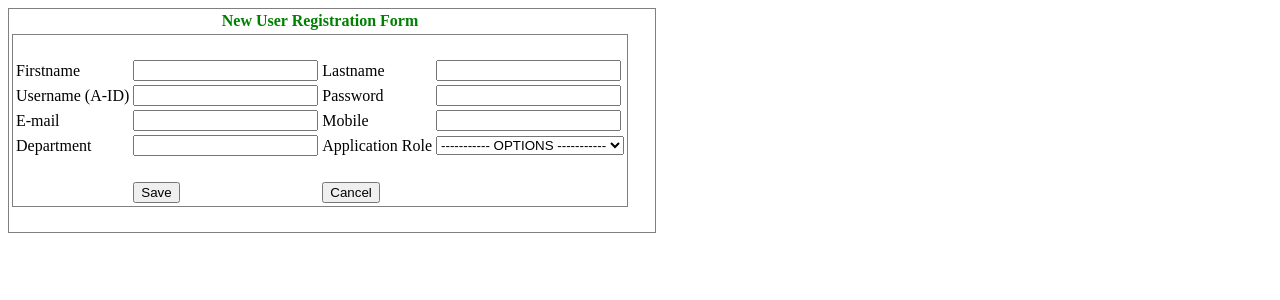
Repository: guribrar/enrolmentapp
Page: http://localhost/enrolmentapp/newuser.jsp
The author's editor kept a copy of each file at every save. The page is drawn from the files as they stood at one save, then again after the next save.
The browser window is 1280 px wide. The pictures show the whole page.
The page is served by Tomcat 9. Other server files are loaded and not shown. Queries for data that is not in the repository find no rows.

Above is the page before, as saved 2016-12-31 14:07:32.

### enrolmentapp/WebContent/newuser.jsp
<%@ page language="java" contentType="text/html; charset=ISO-8859-1"
    pageEncoding="ISO-8859-1"%>
<%@ taglib uri="http://java.sun.com/jsp/jstl/sql" prefix="sql" %>
<%@ taglib uri="http://java.sun.com/jsp/jstl/core" prefix="c" %>

<!DOCTYPE html PUBLIC "-//W3C//DTD HTML 4.01 Transitional//EN" "http://www.w3.org/TR/html4/loose.dtd">

<sql:query var="rs" dataSource="jdbc/enrolmentapp">
	select role from enrolmentapp.role
</sql:query>

<html>
<head>
<meta http-equiv="Content-Type" content="text/html; charset=ISO-8859-1">
<title>New User Registration</title>
</head>
<body>
<table frame="box">
	<tr>
		<th><font color="green">New User Registration Form</font></th>
	</tr>
	<tr>
		<td>
			<form action="UserRegistrationServlet">
			<table frame="box">
				<tr>
					<td>&nbsp;</td>
					<td>&nbsp;</td>
					<td>&nbsp;</td>
					<td>&nbsp;</td>
				</tr>
				<tr>
					<td>Firstname</td>
					<td><input type="text" name="firstname" value="" /></td>
					<td>Lastname</td>
					<td><input type="text" name="lastname" value="" /></td>
				</tr>
				<tr>
					<td>Username (A-ID)</td>
					<td><input type="text" name="username" value="" /></td>
					<td>Password</td>
					<td><input type="password" name="password" value="" /></td>
				</tr>
				<tr>
					<td>E-mail</td>
					<td><input type="text" name="email" value="" /></td>
					<td>Mobile</td>
					<td><input type="text" name="mobile" value="" /></td>
				</tr>
				<tr>
					<td>Department</td>
					<td><input type="text" name="email" value="" /></td>
					<td>Application Role</td>
					<td>
						<select name="role">
							<option value="">----------- OPTIONS -----------</option>
							<c:forEach var="row" items="${rs.rows}">
    							<option value="${row.role}">${row.role}</option>
							</c:forEach>
						</select>
					</td>
				</tr>
				<tr>
					<td>&nbsp;</td>
					<td>&nbsp;</td>
					<td>&nbsp;</td>
					<td>&nbsp;</td>
				</tr>
				<tr>
					<td>&nbsp;</td>
					<td><input type="submit" name="save" value="Save"/></td>
					<td><input type="submit" name="cancel" value="Cancel"/></td>
					<td>&nbsp;</td>
				</tr>
			</table>
			</form>
		</td>
	</tr>
	<tr>
		<td>&nbsp;</td>
		<td>&nbsp;</td>
		<td>&nbsp;</td>
		<td>&nbsp;</td>
	</tr>
</table>
</body>
</html>

After the next save:
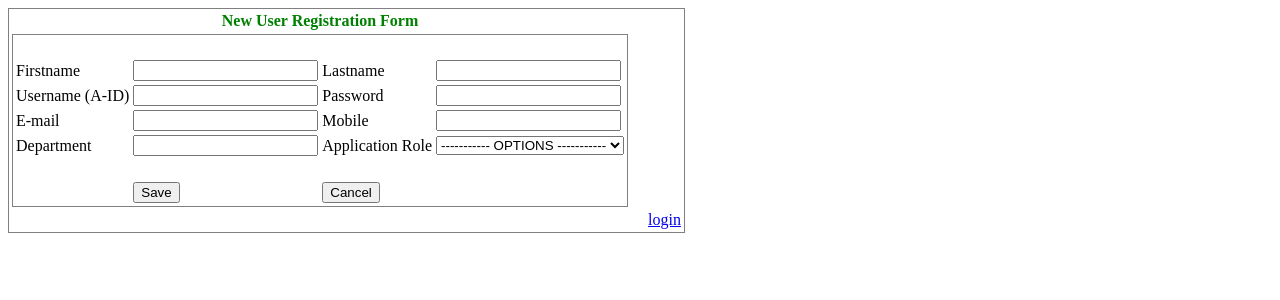
Saved 70 s later.
--- a/enrolmentapp/WebContent/newuser.jsp
+++ b/enrolmentapp/WebContent/newuser.jsp
@@ -80,7 +80,7 @@
 		<td>&nbsp;</td>
 		<td>&nbsp;</td>
 		<td>&nbsp;</td>
-		<td>&nbsp;</td>
+		<td><a href="login.jsp">login</a></td>
 	</tr>
 </table>
 </body>
